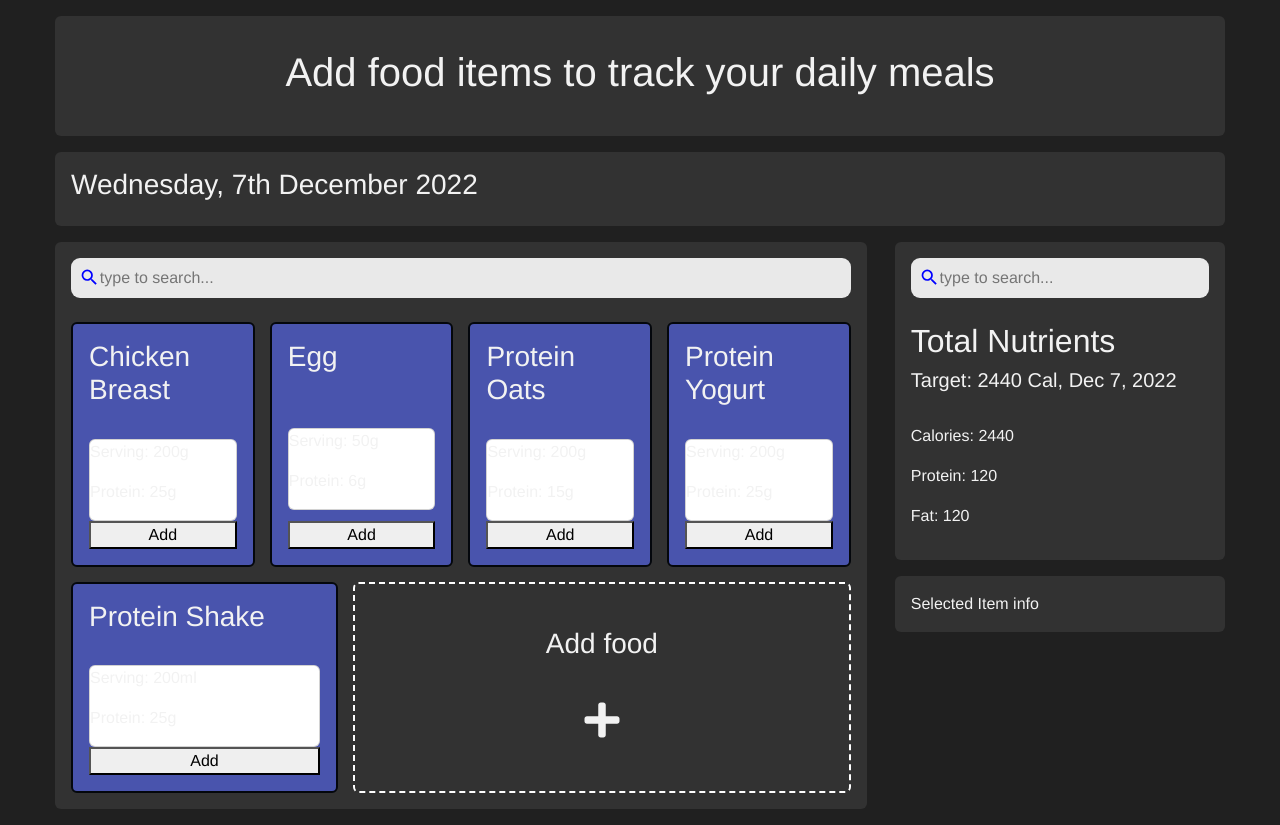
Repository: CEEPREL/NutritionTracker
Page: /
An editor plug-in stored every save of this project. The page is shown before and after the next save, followed by the edit.
The browser window is 1280 px wide. The pictures show the whole page.
The project was rebuilt for these pictures with package versions that can differ from the ones it lists, and the page was loaded fresh each time. Also part of the build but not shown: vite.config.js.

Above is the page before, as saved 2022-12-08 19:07:53.

After the next save:
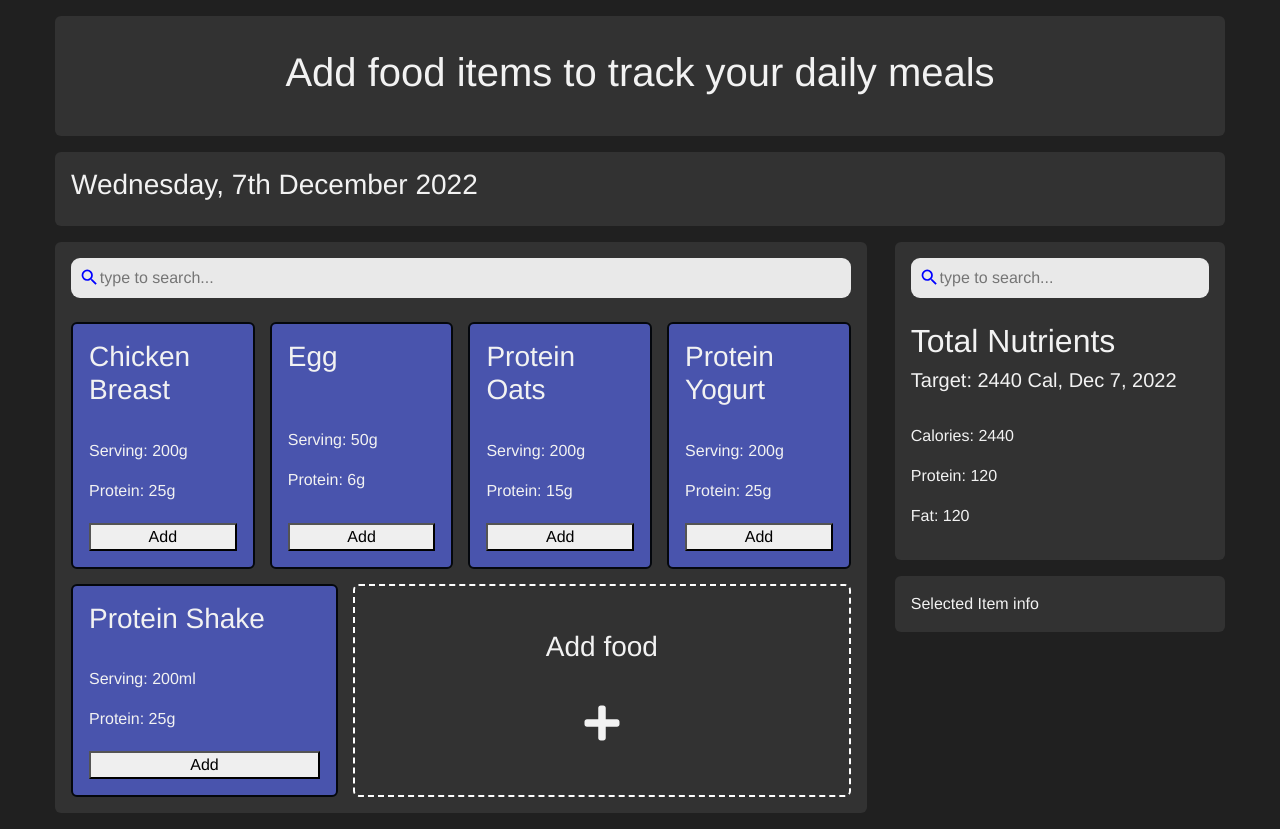
Saved 10 s later.
--- a/src/components/Food.js
+++ b/src/components/Food.js
@@ -6,7 +6,7 @@ const Food = ({ id, name, size, protein, image }) => {
             <h3>{name}</h3>
             <br></br>
             {/* <img className="small" src={image} alt={name}></img> */}
-            <div className="card">
+            <div className="mb-1">
                 <p>Serving: {size}</p>
                 <p>Protein: {protein}</p>
             </div>
